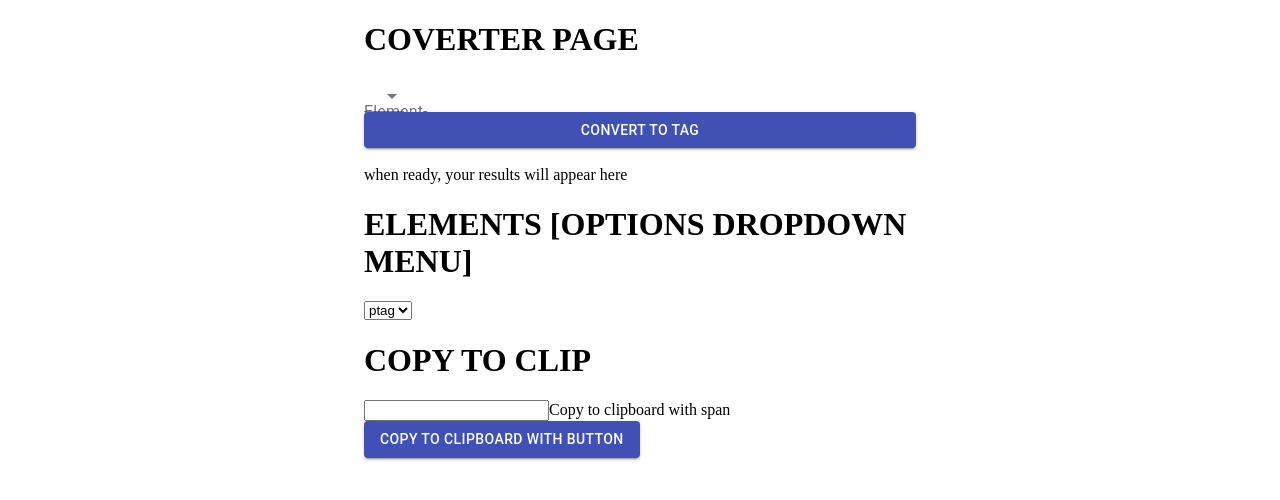
Repository: DevLuDaley/element-generator
Page: /
An editor plug-in stored every save of this project. The page is shown before and after the next save, followed by the edit.
The browser window is 1280 px wide. The pictures show the whole page.
The project was rebuilt for these pictures with package versions that can differ from the ones it lists, and the page was loaded fresh each time. Also part of the build but not shown: webpack.config.js, src/components/optionsArray.js, src/components/ElementsData.js.

Above is the page before, as saved 2020-12-23 21:12:38.

After the next save:
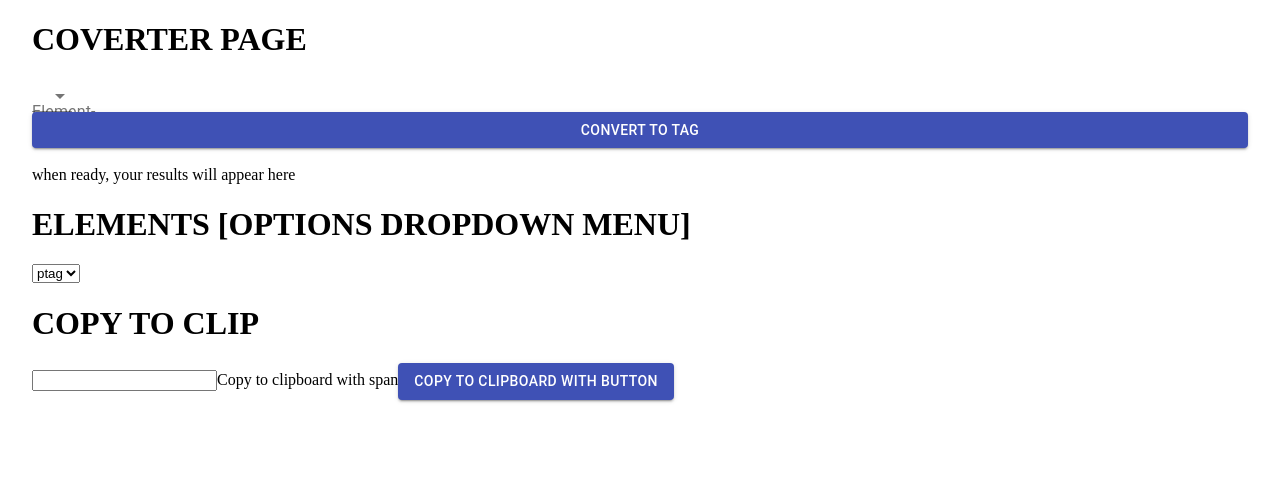
Saved 18 s later.
--- a/src/components/ConverterPage.js
+++ b/src/components/ConverterPage.js
@@ -29,7 +29,7 @@
 
     return (
         <Fragment>
-        <Container maxWidth="sm">
+        <Container >
             <h1>COVERTER PAGE</h1>
         <div>
             <FormControl>

After the save that followed:
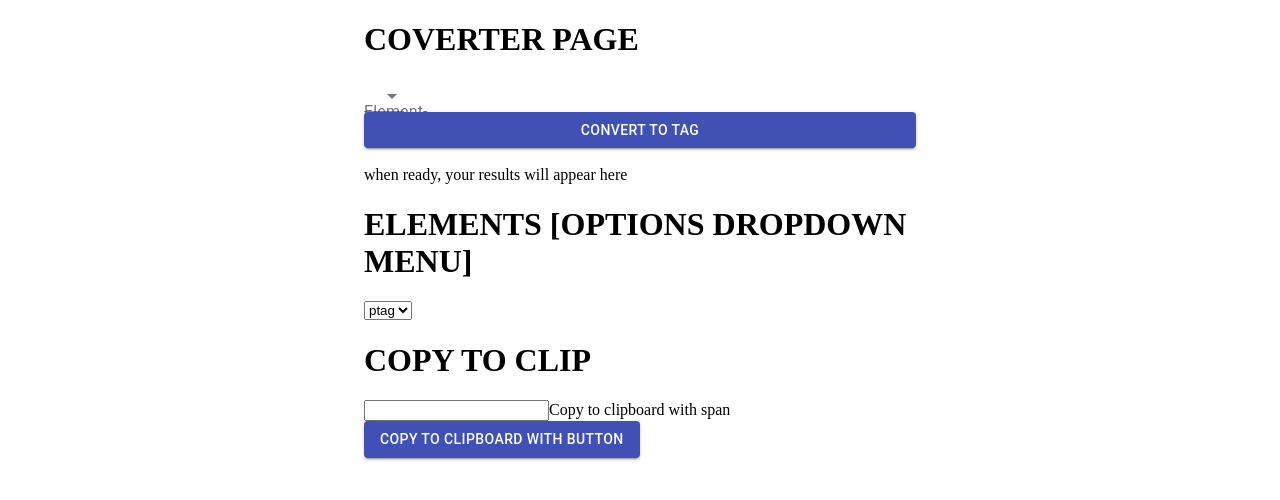
Saved 5 s later.
--- a/src/components/ConverterPage.js
+++ b/src/components/ConverterPage.js
@@ -29,7 +29,7 @@
 
     return (
         <Fragment>
-        <Container >
+        <Container maxWidth="sm">
             <h1>COVERTER PAGE</h1>
         <div>
             <FormControl>
